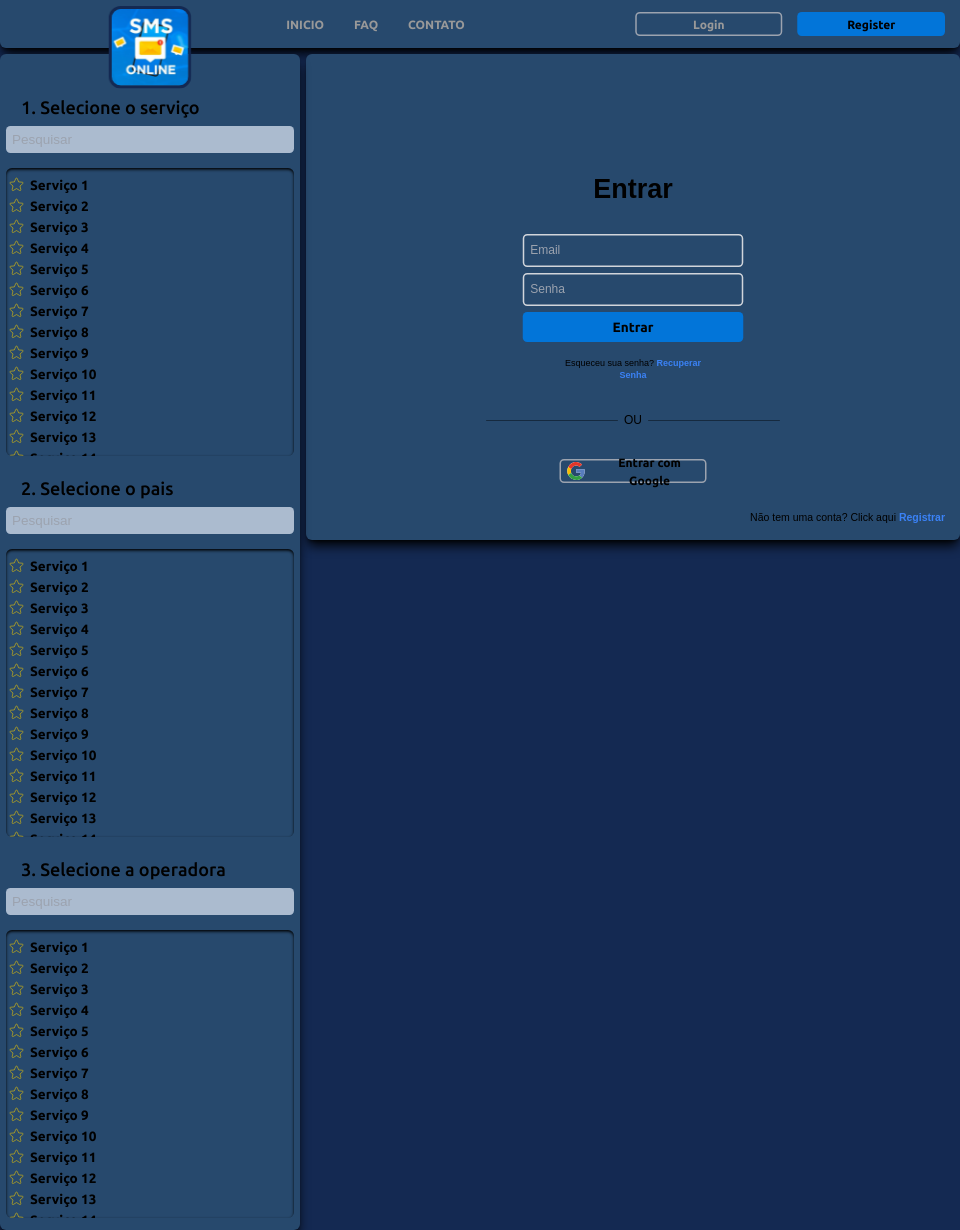
Repository: Felipe-Henrique-Dev/-DIOGO-SMS
Page: /auth
An editor plug-in stored every save of this project. The page is shown before and after the next save, followed by the edit.
The browser window is 1280 px wide. The pictures show the whole page, at 75% of full size.
The project was rebuilt for these pictures with package versions that can differ from the ones it lists, and the page was loaded fresh each time. The framework's server and built-in components were replaced by stand-ins that run in the browser. Also part of the build but not shown: next.config.ts.

Above is the page before, as saved 2024-12-16 22:58:58.

### src/app/layout.tsx
import type { Metadata } from "next";
import "./globals.css";
import Header from "@/components/main/Header";
import Main from "@/components/main/Main";
import WebApp from "@/components/main/WebApp";



export const metadata: Metadata = {
  title: "Create Next App",
  description: "Generated by create next app",
};

export default function RootLayout({
  children,
}: Readonly<{
  children: React.ReactNode;
}>) {
  return (
    <html lang="pt-br">
      <body className={`antialiased`}>
        <Header />
        <Main>
          <WebApp />
          {children}
        </Main>
      </body>
    </html>
  );
}

### src/app/auth/page.tsx
/* eslint-disable @typescript-eslint/no-unused-vars */
'use client'
import { Button } from "@/components/main/Button";
import { Input } from "@/components/main/Input";
import Section from "@/components/main/Section";
import Image from "next/image";
import { useState } from "react";

export default function Auth() {
  const [sectionSelected, setSectionSelected] = useState("login");
  return (
    <Section className="flex flex-col items-center justify-start pt-40 h-[90svh] px-60 gap-10 sticky top-[4.5rem] ">
      <div
        className="text-sm absolute bottom-5 right-5 cursor-pointer "
        onClick={() => {
          setSectionSelected(sectionSelected === "login" ? "register" : "login");
        }}
      >
        {
          sectionSelected === 'login' ?
            "Não tem uma conta? Click aqui" :
            "Já tem uma conta? Click aqui"
        }
        {
          sectionSelected === 'login' ?
            <b className="text-blue-500 hover:scale-110 hover:border-b-[1px] border-blue-500 cursor-pointer "> Registrar</b> :
            <b className="text-blue-500 hover:scale-110"> Entrar</b>
        }
      </div>

      <h1 className="text-4xl font-bold text-center">
        {
          sectionSelected === "login" ? "Entrar" : "Registrar"
        }
      </h1>
      {
        sectionSelected === "login" ? <Login /> : <Register />
      }
      <div className="flex justify-center items-center gap-2 w-full">
        <hr className="w-1/2 h-px border-black rounded-full " />
        <span>OU</span>
        <hr className="w-1/2 h-px border-black rounded-full" />
      </div>
      <Button
        type="button"
        onClick={() => {
          setSectionSelected("register");
        }}
        size="sm"
        isLoading={false}
        className="flex items-center justify-center gap-5"
        bgColor="none"
      >
        <Image className="size-6" src="/icons/icon-google.svg" alt="Google" width={20} height={20} />
        Entrar com Google
      </Button>

    </Section>
  );
}





const Register = () => {
  return (
    <div className="w-full flex flex-col items-center justify-center  gap-5 ">
      <Input
        type="email"
        placeholder="Email"
        bgColor="none"
        />
      <Input
        type="password"
        placeholder="Senha"
        bgColor="none"
        />
      <Input
        type="password"
        placeholder="Confirmar Senha"
        bgColor="none"
        />
      <Button
          type="submit"
          onClick={() => {}}
          size="md"
          isLoading={false}
        >
        Registrar
      </Button>
      <span className="text-xs w-1/2 text-center">
        Se Registrando você concorda com nossa <b className="text-blue-500 hover:scale-110 hover:border-b-[1px] border-blue-500 cursor-pointer ">Política de Dados</b> e <b className="text-blue-500 hover:scale-110 hover:border-b-[1px] border-blue-500 cursor-pointer ">Política de Cookies</b>.
      </span>
    </div>
  );
};


const Login = () => {
  return (
    <div className="w-full flex flex-col items-center justify-center  gap-5 ">
      <Input
        type="email"
        placeholder="Email"
        bgColor="none"
        />
      <Input
        type="password"
        placeholder="Senha"
        bgColor="none"
        />
      <Button
          type="submit"
          onClick={() => {}}
          size="md"
          isLoading={false}
        >
        Entrar
      </Button>
      <span className="text-xs w-1/2 text-center">
        Esqueceu sua senha? <b className="text-blue-500 hover:scale-110 hover:border-b-[1px] border-blue-500 cursor-pointer ">Recuperar Senha</b>
      </span>
    </div>
  );
};

### src/app/globals.css
@import url('https://fonts.googleapis.com/css2?family=Roboto+Mono&family=Ubuntu:wght@500;700&display=swap');
@tailwind base;
@tailwind components;
@tailwind utilities;


:root {
  --background: hsl(220, 60%, 20%);
  --background-secondary: hsl(211, 47%, 29%);
  --tertiary: hsl(0, 0%, 60%);
  --primary_text: hsl(0, 0%, 100%);
  --light: hsl(213, 27%, 74%);
  --foreground: #171717;
  --color-primary: #000;
  --color-secondary: hsl(208, 98%, 43%);
}


body {
  color: var(--tertiary);
  background: var(--background);
  font-family: Arial, Helvetica, sans-serif;
}

::-webkit-scrollbar {
  width: 5px;
  height: 10px;
}

::-webkit-scrollbar-track {
  background-color: var(--background);
}

::-webkit-scrollbar-thumb {
  background: var(--color-secondary);
  border-radius: 10px;
}

::-webkit-scrollbar-thumb:hover {
  background-color: var(--color-highlight-hover);
}

### src/components/main/Header.tsx
import React from "react";
import { Button } from "./Button";


export default function Header() {
  return (
    <header className="h-16 bg-background_secondary shadow-lg shadow-black max-w-screen-2xl m-auto top-0 items-center justify-between  flex rounded-b-lg px-5 z-[99] ">
        <span className="text-white text-lg w-1/4 font-bold"></span>
        <nav className="flex gap-10 uppercase font-bold font-ubuntu w-1/3 items-start ">
            <a href="#" className="">Inicio</a>
            <a href="#" className="">FAQ</a>
            <a href="#" className="">Contato</a>
        </nav>
        <div className="container flex justify-between items-center w-1/3 gap-5">
            <Button type="button" size="sm" className="text-tertiary" isLoading={false} bgColor="none">Login</Button>
            <Button type="button" size="sm" isLoading={false} bgColor="primary">
                Register
            </Button>
        </div>
    </header>
  );
}

### src/components/main/Main.tsx
import React from "react";

export default function Main({
  children,
}: Readonly<{
  children: React.ReactNode;
}>) {
  return (
    <main className="container max-w-screen-2xl mx-auto flex pt-2 gap-2 ">
      {children}
    </main>
  );
}

### src/components/main/WebApp.tsx
'use client'
import React from "react";
import { Input } from "./Input";
import { useForm } from "react-hook-form"
import Image from "next/image";
import {  IconX } from '@tabler/icons-react';



export default function WebApp() {
  const [selectService, setSelectService] = React.useState<{ title: string; valor: number; numberDispobilize: number; id: string } | null>(null);
  const [selectCountry, setSelectCountry] = React.useState<{ title: string; valor: number; numberDispobilize: number; id: string } | null>(null);
  const [selectOperator, setSelectOperator] = React.useState<{ title: string; valor: number; numberDispobilize: number; id: string } | null>(null);

  return (
    <aside className="min-w-[25rem] min-h-[90svh] shadow-lg shadow-black bg-background_secondary text-pri sticky left-0 top-[4.5rem] rounded-lg flex flex-col p-2 gap-5  pt-14 z-[999]">
      <Image src="/logo.webp" alt="Logo" width={110} height={110} className="rounded-2xl absolute -top-16 transform -translate-x-1/2 left-1/2 z-[99] border-4 border-background " />
      <Container subTitle="1. Selecione o serviço" list={list} select={selectService} setSelect={setSelectService} />
      <Container subTitle="2. Selecione o pais" list={list} select={selectCountry} setSelect={setSelectCountry} />
      <Container subTitle="3. Selecione a operadora" list={list} select={selectOperator} setSelect={setSelectOperator} />
    </aside>
  );
}


const Container = ({
  list,
  subTitle,
  select,
  setSelect
}: {
  subTitle: string;
  select?: { title: string; valor: number; numberDispobilize: number; id: string } | null;
  setSelect: React.Dispatch<React.SetStateAction<{ title: string; valor: number; numberDispobilize: number; id: string } | null>>;
  list: { title: string; valor: number; numberDispobilize: number; id: string }[];
}) => {
  const { register, watch } = useForm();
  const filter = (watch("filter") || "").toLowerCase();
  const [favorites, setFavorites] = React.useState<string[]>([]);
  const [loading, setLoading] = React.useState<boolean>(true);

  React.useEffect(() => {
    const storedFavorites = JSON.parse(localStorage.getItem("favorites") || "[]");
    setFavorites(storedFavorites);
    setLoading(false);
  }, []);

  const setFavoriteInStorage = (item: string) => {
    const newFavorites = favorites.includes(item)
      ? favorites.filter(favorite => favorite !== item)
      : [...favorites, item];

    setFavorites(newFavorites);
    localStorage.setItem("favorites", JSON.stringify(newFavorites));
  };

  // Primeiro filtrar e ordenar a lista antes do map
  const filteredAndSortedList = React.useMemo(() => {
    return list
      .filter(item => item.title.toLowerCase().includes(filter))
      .sort((a, b) => {
        const aFav = favorites.includes(a.id);
        const bFav = favorites.includes(b.id);
        if (aFav && !bFav) return -1;
        if (!aFav && bFav) return 1;
        return 0;
      });
  }, [list, filter, favorites]);

  if (loading) return <div>Carregando...</div>;

  return (
    <div className="flex flex-col gap-2  ">
      <span className="text-2xl w-full text-start px-5 text-black font-ubuntu ">{subTitle}</span>
      {
        select ?
          <div className="flex w-full bg-slate-300 rounded-lg h-10 items-center justify-start px-5 gap-5 ">
            <button onClick={() => setSelect(null)} className="flex items-center justify-center gap-2 h-8 min-w-8 rounded-xl border-red-500 border-[1px] text-black">
               <IconX className="w-5 h-5" />
            </button>
            <span className="text-lg font-bold min-w-8 h-8 rounded-full text-center bg-white ">I</span>
            <span className="text-lg font-bold w-auto text-center text-black font-roboto ">{select.title}</span>
          </div>
        :
        <>
          <Input type="text" placeholder="Pesquisar" size="lg" classNameInput="w-full h-9" register={register("filter")} />
          <div className="h-96 shadow-inner shadow-black py-2 w-full my-2 overflow-x-auto scroll-smooth rounded-lg p-1 text-black font-ubuntu ">
            {filteredAndSortedList.map((item) => (
              <div className="w-full flex items-center justify-start gap-2" key={item.id}>
                <Stars
                  stars={favorites.includes(item.id)}
                  setFavorite={() => setFavoriteInStorage(item.id)}
                />
                <button className="flex flex-col font-black" onClick={() => setSelect(item)}>
                  <span className="text-lg font-bold w-full text-center">{item.title}</span>
                </button>
              </div>
            ))}
          </div>
        </>
      }
    </div>
  );
};



const list = [
  {
    id: "1",
    title: "Serviço 1",
    valor: 10.00,
    numberDispobilize: 6000,
  },
  {
    id: "2",
    title: "Serviço 2",
    valor: 20.00,
    numberDispobilize: 5000,
  },
  {
    id: "3",
    title: "Serviço 3",
    valor: 30.00,
    numberDispobilize: 4000,
  },
  {
    id: "4",
    title: "Serviço 4",
    valor: 40.00,
    numberDispobilize: 3000,
  },
  {
    id: "5",
    title: "Serviço 5",
    valor: 50.00,
    numberDispobilize: 2000,
  },
  {
    id: "6",
    title: "Serviço 6",
    valor: 60.00,
    numberDispobilize: 1000,
  },
  {
    id: "7",
    title: "Serviço 7",
    valor: 70.00,
    numberDispobilize: 900,
  },
  {
    id: "8",
    title: "Serviço 8",
    valor: 80.00,
    numberDispobilize: 800,
  },
  {
    id: "9",
    title: "Serviço 9",
    valor: 90.00,
    numberDispobilize: 700,
  },
  {
    id: "10",
    title: "Serviço 10",
    valor: 100.00,
    numberDispobilize: 600,
  },
  {
    id: "11",
    title: "Serviço 11",
    valor: 110.00,
    numberDispobilize: 500,
  },
  {
    id: "12",
    title: "Serviço 12",
    valor: 120.00,
    numberDispobilize: 400,
  },
  {
    id: "13",
    title: "Serviço 13",
    valor: 130.00,
    numberDispobilize: 300,
  },
  {
    id: "14",
    title: "Serviço 14",
    valor: 140.00,
    numberDispobilize: 200,
  },
  {
    id: "15",
    title: "Serviço 15",
    valor: 150.00,
    numberDispobilize: 100,
  }
];

const Stars = ({stars, setFavorite} : {stars: boolean, setFavorite: () => void}) => {
  return (
      <>
          {
              !stars?
              <svg width="20" height="20" viewBox="0 0 13 12" fill="none" xmlns="http://www.w3.org/2000/svg" onClick={setFavorite} className="cursor-pointer" >
                  <path d="M6.49956 9.51326L9.26623 11.1866C9.77289 11.4933 10.3929 11.0399 10.2596 10.4666L9.52623 7.31992L11.9729 5.19993C12.4196 4.81326 12.1796 4.07993 11.5929 4.03326L8.37289 3.75993L7.11289 0.786592C6.88623 0.246592 6.11289 0.246592 5.88623 0.786592L4.62623 3.75326L1.40623 4.02659C0.81956 4.07326 0.57956 4.80659 1.02623 5.19326L3.47289 7.31326L2.73956 10.4599C2.60623 11.0333 3.22623 11.4866 3.73289 11.1799L6.49956 9.51326Z" fill="none" stroke="#EFC900" strokeWidth="0.5"/>
              </svg>
              :
              <svg width="20" height="20" viewBox="0 0 13 12" fill="none" xmlns="http://www.w3.org/2000/svg" onClick={setFavorite} className="cursor-pointer">
                  <path d="M6.49956 9.51326L9.26623 11.1866C9.77289 11.4933 10.3929 11.0399 10.2596 10.4666L9.52623 7.31992L11.9729 5.19993C12.4196 4.81326 12.1796 4.07993 11.5929 4.03326L8.37289 3.75993L7.11289 0.786592C6.88623 0.246592 6.11289 0.246592 5.88623 0.786592L4.62623 3.75326L1.40623 4.02659C0.81956 4.07326 0.57956 4.80659 1.02623 5.19326L3.47289 7.31326L2.73956 10.4599C2.60623 11.0333 3.22623 11.4866 3.73289 11.1799L6.49956 9.51326Z" fill="#EFC900"/>
              </svg>
          }
      </>
  );
}

### src/components/main/Button.tsx
/* eslint-disable @typescript-eslint/no-explicit-any */
import { cn } from "@/lib/utils";
import React from "react";

export const Button = ({
    className,
    size = "md",
    onClick,
    children,
    type,
    isLoading,
    bgColor = "primary",
}:{
    type: 'button' | 'submit' | 'reset';
    onClick?: (event: React.MouseEvent<HTMLButtonElement>) => void;
    className?: string;
    children: React.ReactNode;
    size?: "sm" | "md" | "lg";
    isLoading: boolean;
    bgColor?: "primary" | "secondary" | "danger" | "none";
}) => {

    const sizes = {
        sm: "w-1/2 h-8 text-base",
        md: "w-3/4 h-10 text-lg",
        lg: "w-full h-14 text-xl",
    };

    const bgColors = {
        primary: "bg-secondary text-black",
        secondary: "bg-gray-500 text-white",
        danger: "bg-red-500 text-white",
        none: "bg-transparent text-black border-gray-400 border-2 "
    };

    return (
        <button
            type={type}
            onClick={onClick}
            className={cn(
                "p-2 rounded-md relative flex items-center justify-center font-bold font-ubuntu hover:scale-105 transition-transform duration-300",
                bgColors[bgColor],
                sizes[size],
                className
            )}
            disabled={isLoading}
        >
            {
                isLoading ? loading() : children
            }
        </button>
    );
}


const loading = () => {
    return (
        <div className="absolute inset-0 bg-gray-300 bg-opacity-50 flex items-center justify-center">
            <div className="animate-spin rounded-full h-12 w-12 border-t-2 border-b-2 border-gray-900"></div>
        </div>
    );
}

### src/components/main/Input.tsx
/* eslint-disable @typescript-eslint/no-unused-vars */
/* eslint-disable @typescript-eslint/no-explicit-any */
import { cn } from "@/lib/utils";
import React from "react";

export const Input = ({
    type,
    placeholder,
    classNameSpan,
    classNameLabel,
    classNameInput,
    label,
    size = "md",
    icon,
    register,
    bgColor = "secondary",
    labelIsHidden = false,
    name
}:{
    type: 'text' | 'password' | 'email';
    placeholder: string;
    classNameSpan?: string;
    classNameLabel?: string;
    classNameInput?: string;
    size?: "sm" | "md" | "lg";
    icon?: React.ReactNode;
    register?: any;
    label?: string;
    bgColor?: "primary" | "secondary" | "danger" | "none";
    labelIsHidden?: boolean;
    name?: string;
}) => {

    const sizes = {
        sm: "w-1/2 h-6 text-sm",
        md: "w-3/4 h-8 text-base",
        lg: "w-full h-10 text-lg",
    };

    const bgColors = {
        primary: "bg-light text-black",
        secondary: "bg-light text-black",
        danger: "bg-red-500 text-black",
        none: "bg-transparent text-black border-gray-300 border-2"
    };


    return (
        <span className={cn(
                "relative flex flex-col",
                sizes[size],
                classNameSpan,
        )}>
            {
                labelIsHidden &&
                <label className={cn(
                    classNameLabel
                )} >
                    {label}
                </label>
            }
            <input
                type={type}
                placeholder={placeholder}
                {...register}
                className={cn(
                    "p-2 rounded-md relative w-full",
                    classNameInput,
                    bgColors[bgColor]
                )}
            />
            {icon}
        </span>

    );
}

### src/components/main/Section.tsx
import { cn } from "@/lib/utils";
import React from "react";

export default function Section({
  children,
  className
}: Readonly<{
  children: React.ReactNode;
  className?: string;
}>) {
  return (
    <section className={cn(
      "p-5 flex flex-col min-h-[90svh] bg-background_secondary w-full text-black items-start justify-start rounded-lg shadow-lg shadow-black",
      className
    )}>
      {children}
    </section>
  );
}

### tailwind.config.ts
import type { Config } from "tailwindcss";

export default {
  content: [
    "./src/pages/**/*.{js,ts,jsx,tsx,mdx}",
    "./src/components/**/*.{js,ts,jsx,tsx,mdx}",
    "./src/app/**/*.{js,ts,jsx,tsx,mdx}",
  ],
  theme: {
    extend: {
      colors: {
        background: "var(--background)",
        foreground: "var(--foreground)",
        background_secondary: "var(--background-secondary)",
        primary: "var(--primary)",
        secondary: "var(--color-secondary)",
        tertiary: "var(--tertiary)",
        light: "var(--light)",

      },
      background : {
        background: "var(--background)",
        background_secondary: "var(--background-secondary)",
        foreground: "var(--foreground)",
      },
      fontFamily: {
        ubuntu: ["Ubuntu", "sans-serif"],
        roboto: ["Roboto", "sans-serif"],
      },
    },
  },
  plugins: [],
} satisfies Config;


// .ubuntu-light {
//   font-family: "Ubuntu", sans-serif;
//   font-weight: 300;
//   font-style: normal;
// }

// .ubuntu-regular {
//   font-family: "Ubuntu", sans-serif;
//   font-weight: 400;
//   font-style: normal;
// }

// .ubuntu-medium {
//   font-family: "Ubuntu", sans-serif;
//   font-weight: 500;
//   font-style: normal;
// }

// .ubuntu-bold {
//   font-family: "Ubuntu", sans-serif;
//   font-weight: 700;
//   font-style: normal;
// }

// .ubuntu-light-italic {
//   font-family: "Ubuntu", sans-serif;
//   font-weight: 300;
//   font-style: italic;
// }

// .ubuntu-regular-italic {
//   font-family: "Ubuntu", sans-serif;
//   font-weight: 400;
//   font-style: italic;
// }

// .ubuntu-medium-italic {
//   font-family: "Ubuntu", sans-serif;
//   font-weight: 500;
//   font-style: italic;
// }

// .ubuntu-bold-italic {
//   font-family: "Ubuntu", sans-serif;
//   font-weight: 700;
//   font-style: italic;
// }

Loaded but not shown: src/lib/utils.ts (common file)

After the next save:
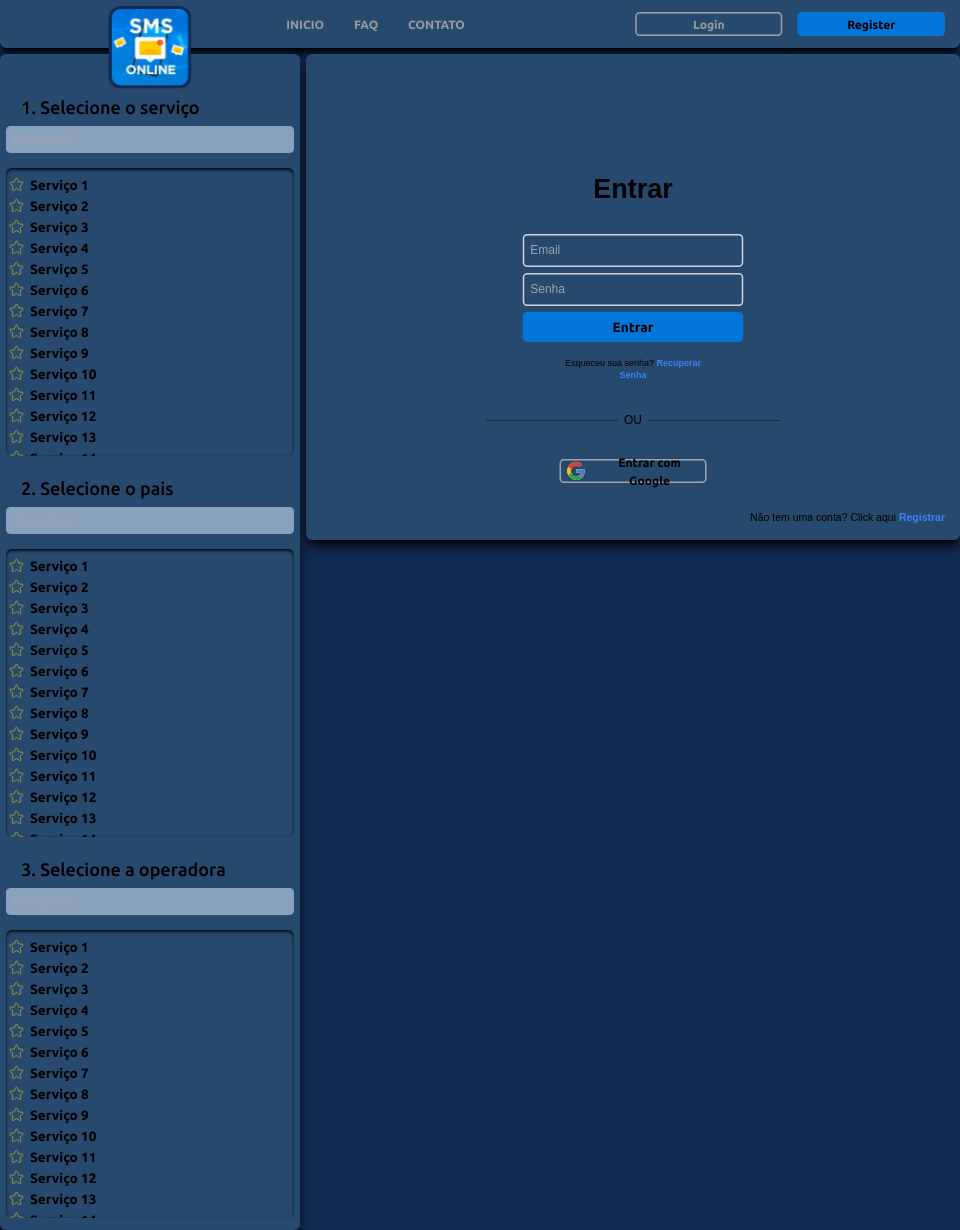
Saved 4 s later.
--- a/src/app/globals.css
+++ b/src/app/globals.css
@@ -9,7 +9,7 @@
   --background-secondary: hsl(211, 47%, 29%);
   --tertiary: hsl(0, 0%, 60%);
   --primary_text: hsl(0, 0%, 100%);
-  --light: hsl(213, 27%, 74%);
+  --light: hsl(213, 27%, 64%);
   --foreground: #171717;
   --color-primary: #000;
   --color-secondary: hsl(208, 98%, 43%);
